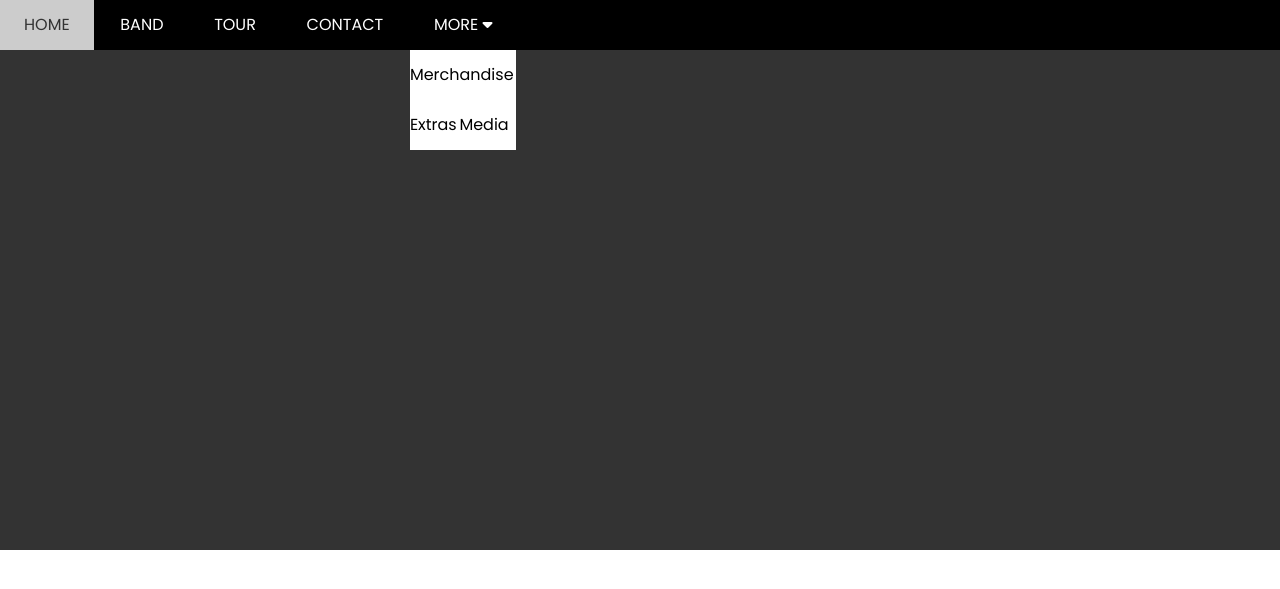
Repository: dptuyen1/the-band
Page: index.html
An editor plug-in stored every save of this project. The page is shown before and after the next save, followed by the edit.
The browser window is 1280 px wide. The pictures show the whole page.

Above is the page before, as saved 2023-06-02 12:27:30.

### index.html
<!DOCTYPE html>
<html lang="en">
  <head>
    <meta charset="UTF-8" />
    <meta http-equiv="X-UA-Compatible" content="IE=edge" />
    <meta name="viewport" content="width=device-width, initial-scale=1.0" />
    <title>Document</title>
    <link rel="stylesheet" href="./assets/css/style.css" />
    <link
      rel="stylesheet"
      href="https://cdnjs.cloudflare.com/ajax/libs/font-awesome/6.4.0/css/all.min.css"
      integrity="sha512-iecdLmaskl7CVkqkXNQ/ZH/XLlvWZOJyj7Yy7tcenmpD1ypASozpmT/E0iPtmFIB46ZmdtAc9eNBvH0H/ZpiBw=="
      crossorigin="anonymous"
      referrerpolicy="no-referrer"
    />
  </head>
  <body>
    <div id="wrapper">
      <header id="header">
        <ul id="nav">
          <li><a href="#">HOME</a></li>
          <li><a href="#">BAND</a></li>
          <li><a href="#">TOUR</a></li>
          <li><a href="#">CONTACT</a></li>
          <li>
            <a href="#">
              MORE
              <i class="fa-solid fa-caret-down"></i>
            </a>
            <ul class="sub-nav">
              <li><a href="#">Merchandise</a></li>
              <li><a href="#">Extras</a></li>
              <li><a href="#">Media</a></li>
            </ul>
          </li>
        </ul>
      </header>
      <div id="slider"></div>
      <main id="content"></main>
      <footer id="footer"></footer>
    </div>
  </body>
  <script src="./assets/js/script.js"></script>
</html>

### assets/css/style.css
@import url("https://fonts.googleapis.com/css2?family=Poppins:wght@300;400;500;600;700&display=swap");

* {
  padding: 0;
  margin: 0;
  box-sizing: border-box;
}

html {
  font-size: 62.5%;
  font-family: "Poppins", sans-serif;
  scroll-behavior: smooth;
}

:root {
  --white: #fff;
  --black: #000;
  --text: #333;
}

#wrapper {
}
#header {
  height: 50px;
  background-color: var(--black);
}
#nav,
.sub-nav {
  list-style: none;
}
#nav li {
  display: inline-block;
  position: relative;
}

#nav li a {
  font-size: 1.6rem;
  text-decoration: none;
  line-height: 50px;
  padding: 0 24px;
  display: inline-block;
}

#nav > li > a {
  color: var(--white);
}

#nav li:hover > a {
  background-color: #ccc;
  color: var(--text);
}

#nav .sub-nav {
  /* display: none; */
  position: absolute;
  background-color: var(--white);
}

#nav .sub-nav a {
  color: var(--black);
  padding: 0;
}

#slider {
  min-height: 500px;
  background-color: var(--text);
}
#content {
}
#footer {
}

Loaded but not shown: assets/js/script.js (no copy from this time; the picture is the same without it)

After the next save:
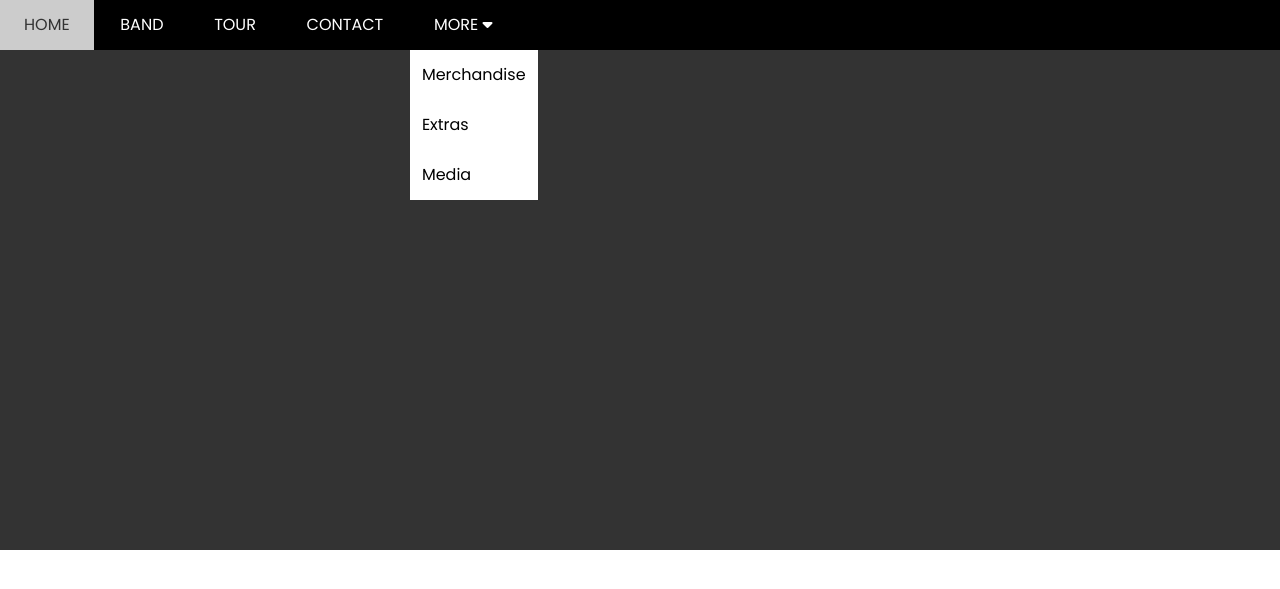
Saved 8 s later.
--- a/assets/css/style.css
+++ b/assets/css/style.css
@@ -58,7 +58,7 @@ html {
 
 #nav .sub-nav a {
   color: var(--black);
-  padding: 0;
+  padding: 0 12px;
 }
 
 #slider {
